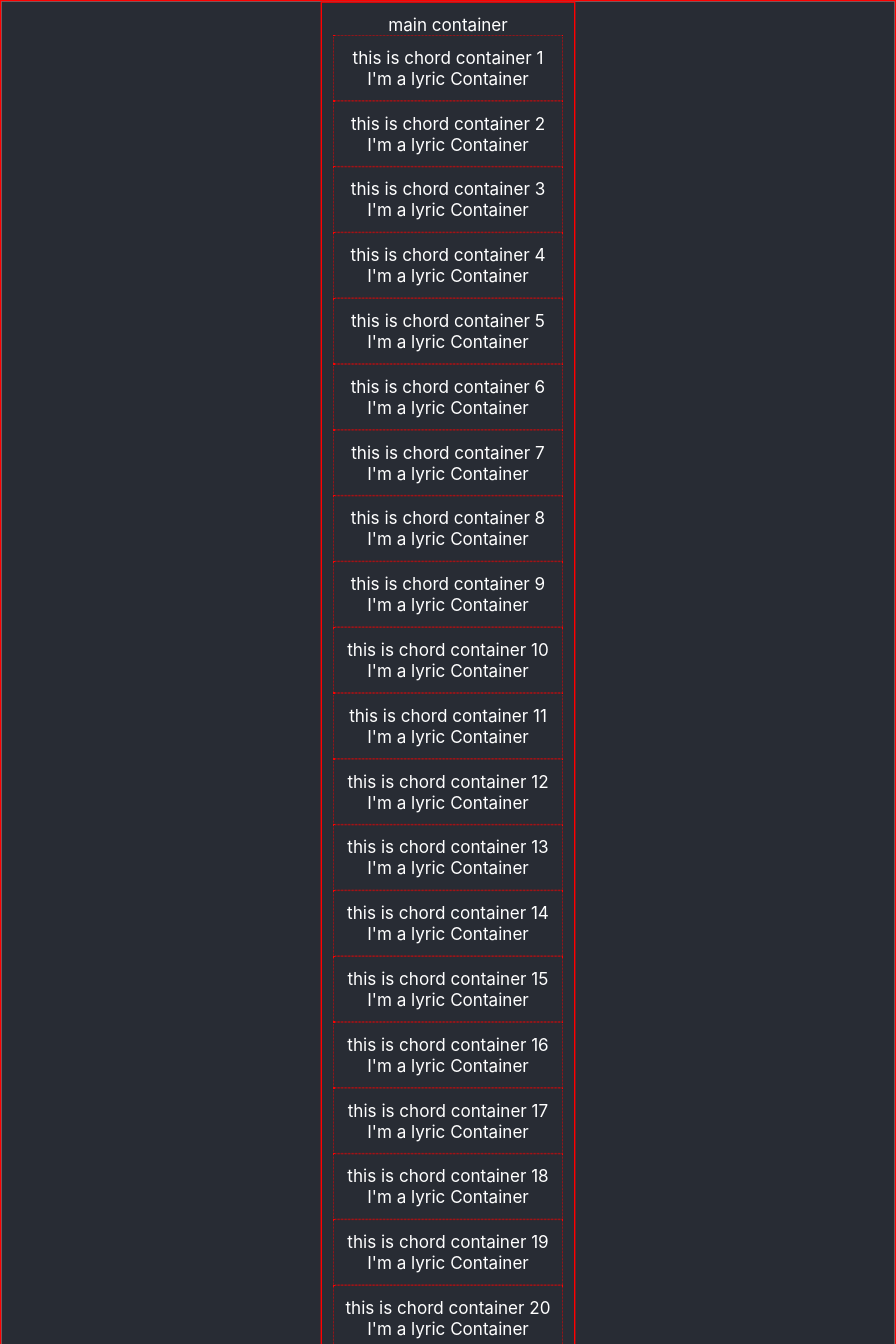
Repository: mattnoth/easy-nash-tab
Page: /
These files come from the project's save history. The page is drawn as it stood at one moment and after the next save; the edit follows.
The browser window is 1280 px wide. The pictures show the part of the page from y = 0 to 1920 px (the page is 4206 px tall before and 4176 px after), at 70% of full size.
The project was rebuilt for these pictures with package versions that can differ from the ones it lists, and the page was loaded fresh each time.

Above is the page before, as saved 2022-08-06 17:23:10.

After the next save:
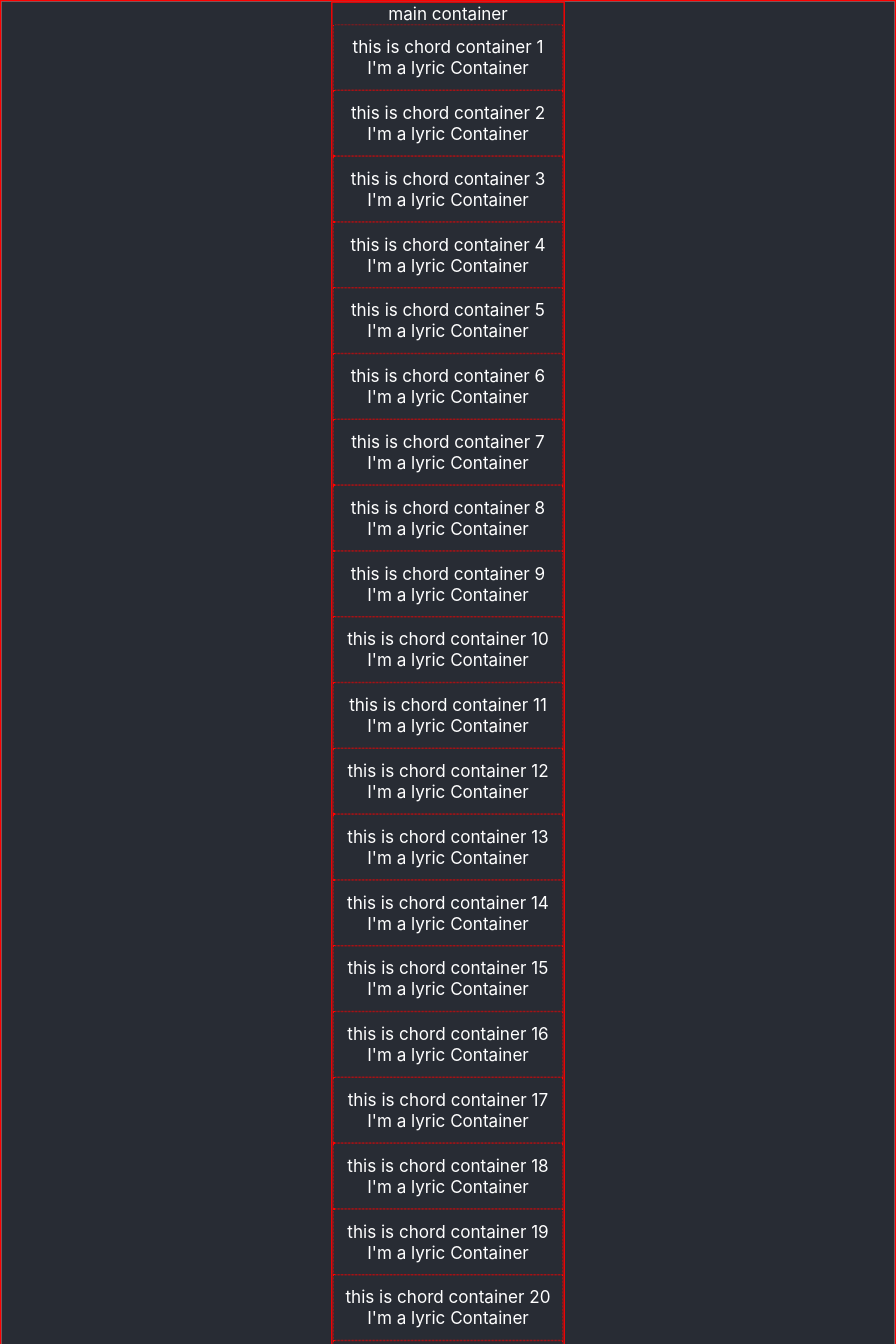
Saved 18 s later.
--- a/src/components/MainContainers/mainContainerStyles.css
+++ b/src/components/MainContainers/mainContainerStyles.css
@@ -1,5 +1,5 @@
 .mainContainer {
-    padding: 1rem;
+    padding: 1px;
     display: flex;
     flex-direction: column;
     border: 2px solid red;

After the save that followed:
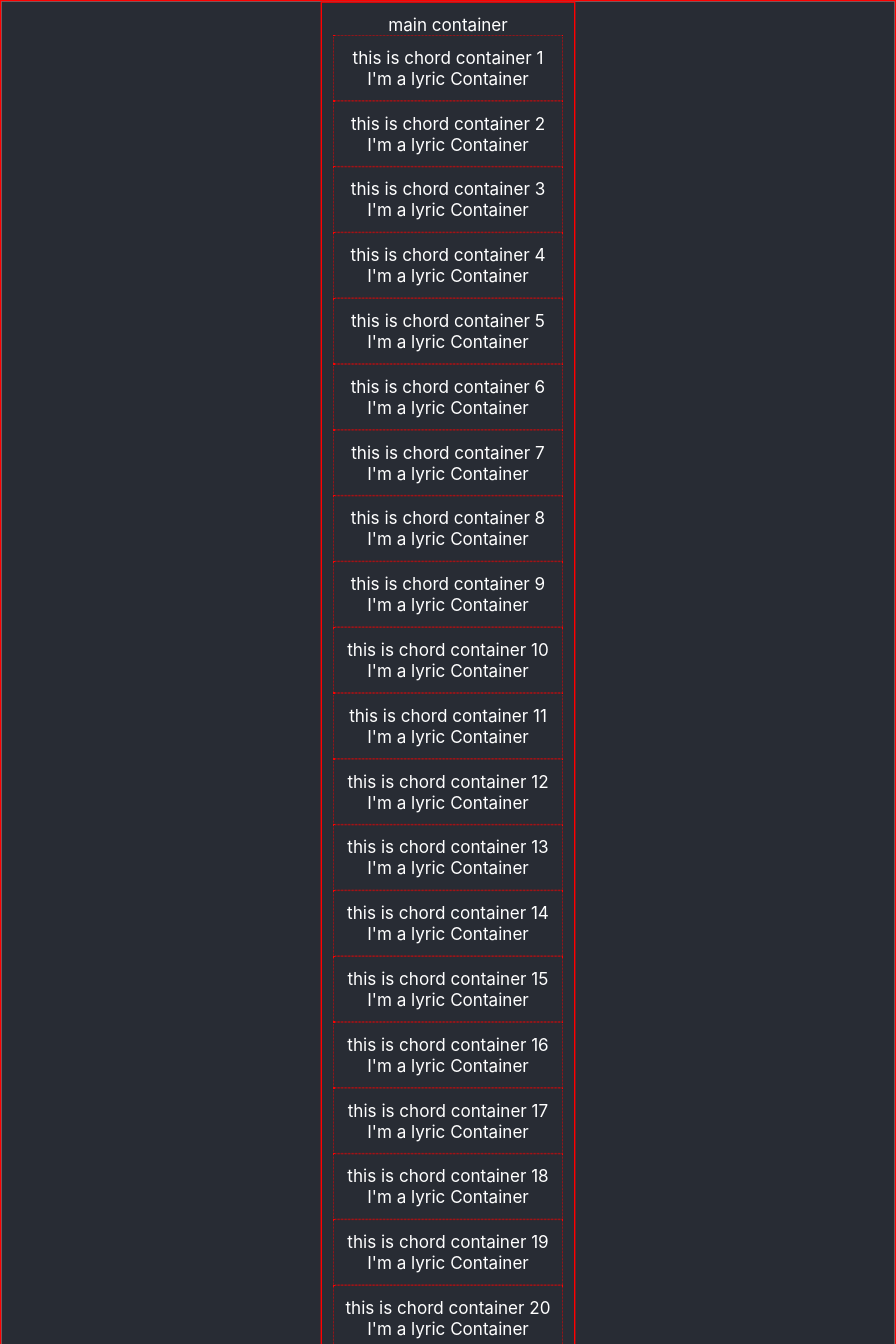
Saved 6 s later.
--- a/src/components/MainContainers/mainContainerStyles.css
+++ b/src/components/MainContainers/mainContainerStyles.css
@@ -1,5 +1,5 @@
 .mainContainer {
-    padding: 1px;
+    padding: 1rem;
     display: flex;
     flex-direction: column;
     border: 2px solid red;
